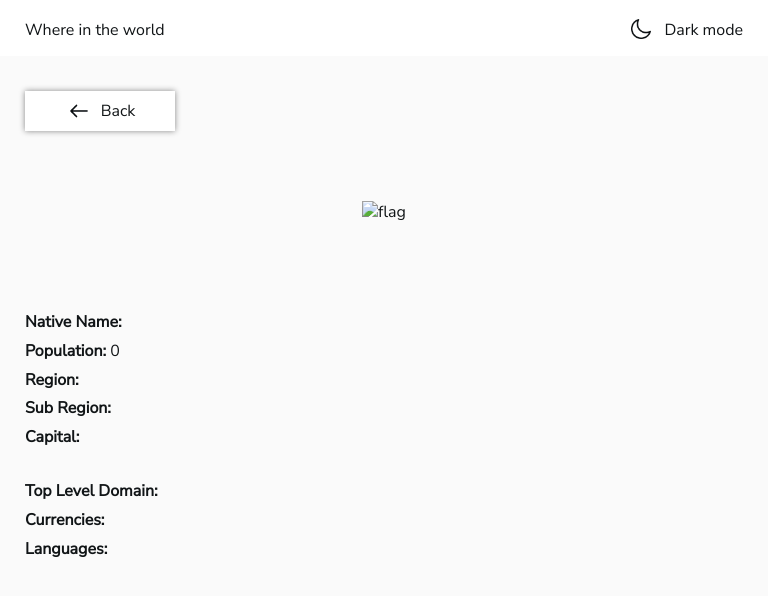
Repository: faithandjs/rest-countries-api
Page: /details
The author's editor kept a copy of each file at every save. The page is drawn from the files as they stood at one save, then again after the next save.
The browser window is 768 px wide. The pictures show the whole page.
The page's requests for data from a server got no answer. The project was rebuilt for these pictures with package versions that can differ from the ones it lists, and the page was loaded fresh each time. No one was signed in, and anything a server would have sent is missing. Also part of the build but not shown: src/components/home.tsx.

Above is the page before, as saved 2022-04-16 16:06:41.

After the next save:
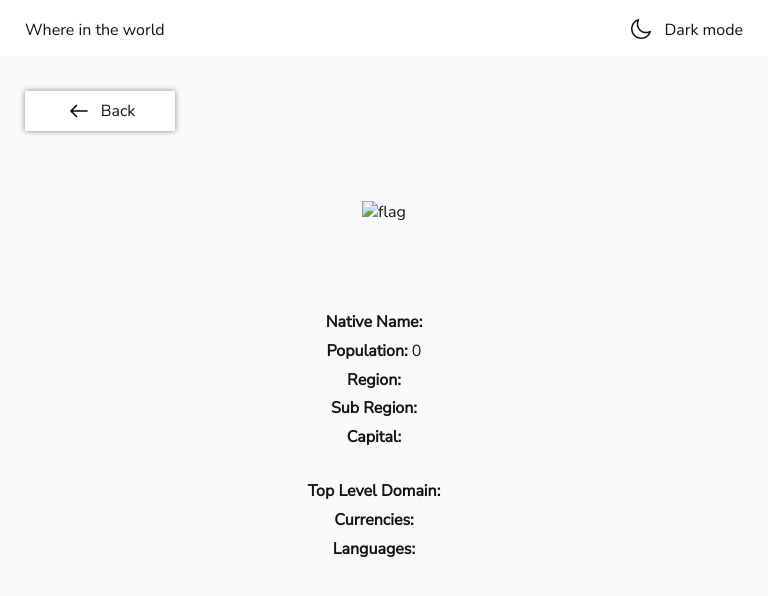
Saved 35 s later.
--- a/src/components/style/style.scss
+++ b/src/components/style/style.scss
@@ -228,9 +228,9 @@ a:-webkit-any-link {
     .details{
         .content{
             display: block;
+                text-align: center;
 
             .flag {
-                text-align: center;
                 img{
                     margin: 25px 0 45px;
                     padding: 0;

After the save that followed:
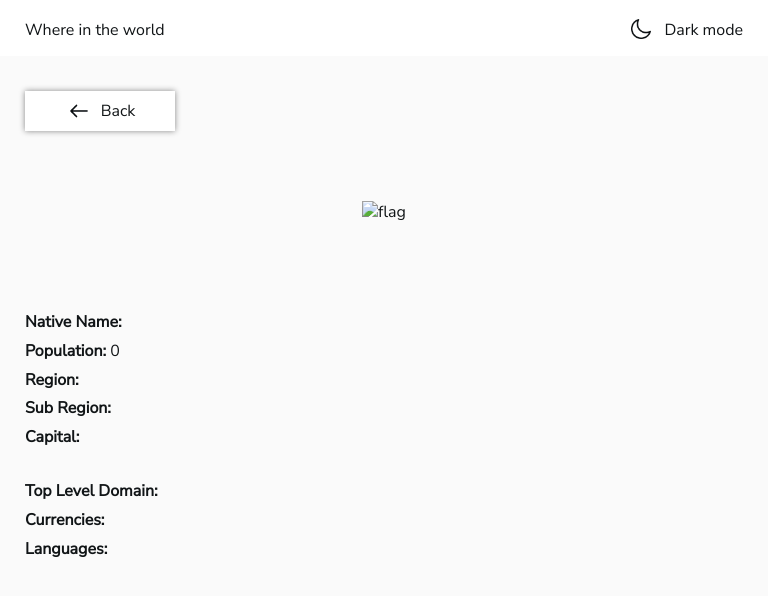
Saved 61 s later.
--- a/src/components/style/style.scss
+++ b/src/components/style/style.scss
@@ -239,6 +239,7 @@ a:-webkit-any-link {
             }
             .moreContent{
                 .lists{
+                    text-align: start;
                     display: block;
                     ul{
                         margin: 25px 0 0;
